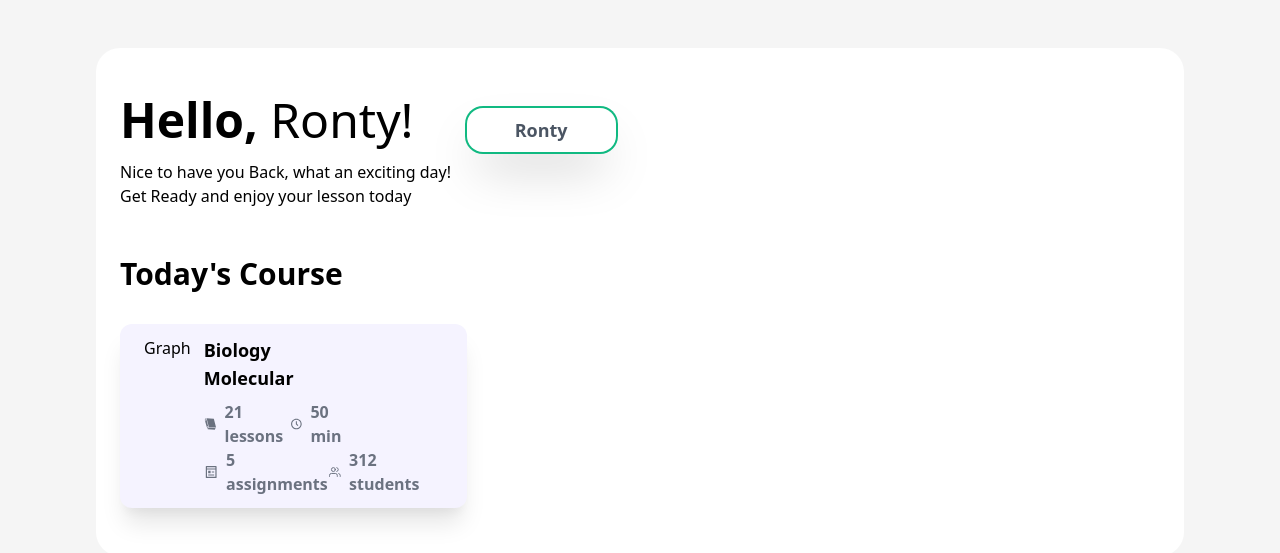
Repository: coolronts/Vite-Tailwind
Page: /
These files come from the project's save history. The page is drawn as it stood at one moment and after the next save; the edit follows.
The browser window is 1280 px wide. The pictures show the whole page.
The project was rebuilt for these pictures with package versions that can differ from the ones it lists, and the page was loaded fresh each time. Also part of the build but not shown: vite.config.js.

Above is the page before, as saved 2021-11-26 07:42:14.

### src/App.jsx
import './App.css'

import {Course, Intro} from './Section'
import { PrimaryButton, SecondaryButton } from './components/Button'

import {PrimaryCard} from './components/Card'
import SplitScreen from './components/SplitScreen'
import { useState } from 'react'

function App() {

  return (
    <div className="App bg-white my-12 mx-24 rounded-3xl px-6 py-12">
      <SplitScreen leftWeight = 'w-1/3'>
        <div id="left">
          <Intro/>
          <div id="course">
            <p className="text-3xl font-bold  font-sans mb-8">Today's Course</p>
            <PrimaryCard>
              <Course/>
            </PrimaryCard>
          </div>

        </div>

        <div id="right">
          <SecondaryButton name="Ronty"/>
        </div>


      </SplitScreen>
    </div>
  )
}

export default App

### src/Section/index.js
import Course from "./Course";
import Intro from "./Intro";

export { Intro, Course };

### src/components/Button/index.jsx
import React from 'react'

export const PrimaryButton = ({name}) =>{
  return (
    <button className="bg-green-500 px-12 py-2 ring-2 ring-green-500 text-white text-lg font-semibold shadow-2xl rounded-2xl mt-3">
      {name}
    </button>
  )
}

export const SecondaryButton = ({name}) =>{
  return (
    <button className="bg-white px-12 py-2 ring-2 ring-green-500 text-gray-600 text-lg font-semibold shadow-2xl rounded-2xl mt-3">
      {name}
    </button>
  )
}

### src/components/Card/index.jsx
import React from 'react'

export const PrimaryCard =({children})=> {
  return (
    <div className="bg-purple-50 py-3 px-6  rounded-xl shadow-xl">
      {children}
    </div>
  )
}

### src/components/SplitScreen/index.jsx
import PropTypes from 'prop-types'
import React from "react"
import tw from "tailwind-styled-components"

const Container = tw.div`${(props) => props.weight}`;

const Pane = tw.div`${(props) => props.weight}`;

const SplitScreen = ({
	children,
	containerWeight = 'flex w-full',
  leftWeight = 'w-1/2',
	rightWeight = 'w-1/2',
}) => {
	const [left, right] = children;
	return (
		<Container className={containerWeight}>
			<Pane className={leftWeight}>
				{left}
			</Pane>
			<Pane className={rightWeight}>
				{right}
			</Pane>
		</Container>
	);
}

export default SplitScreen

SplitScreen.propTypes = {
	children: PropTypes.arrayOf(PropTypes.node).isRequired,
	containerWeight: PropTypes.string,
	leftWeight: PropTypes.string,
	rightWeight: PropTypes.string,
}

### src/Section/Course/index.jsx
import {BiTimeFive} from 'react-icons/bi'
import {FiUsers} from 'react-icons/fi'
import { GiWhiteBook } from 'react-icons/gi'
import React from 'react'
import { RiPagesLine } from 'react-icons/ri'
import SplitScreen from '../../components/SplitScreen'

export default function Course() {
  return (
    <SplitScreen leftWeight = 'w-1/5'>
      <div id="left">
        Graph
      </div>
      <div id="right">
        <h4 className="font-bold text-lg mb-2">Biology Molecular</h4>
        <div className="flex flex-col">
          <div className="flex justify-between text-gray-500 font-semibold ">
            <p className="flex items-center"> <GiWhiteBook className="mr-2"/>  21 lessons</p>
            <p className="flex items-center"> <BiTimeFive className="mr-2"/>  50 min</p>
          </div>
          <div className="flex justify-between text-gray-500 font-semibold w-full">
            <p className="flex items-center"> <RiPagesLine className="mr-2"/>  5 assignments</p>
            <p className="flex items-center"> <FiUsers className="mr-2"/>  312 students</p>
          </div>
        </div>
      </div>
    </SplitScreen>
  )
}

### src/Section/Intro/index.jsx
import React from 'react'

export default function Intro({name}) {
  return (
    <div className="mb-12">
      <h3 className="text-5xl font-sans font-bold mb-4">Hello, <span className="font-light">Ronty!</span> </h3>
      <div className="font-semibold tracking-wide text-gray-500">

      </div>
      <h5>Nice to have you Back, what an exciting day!</h5>
      <h5>Get Ready and enjoy your lesson today</h5>
    </div>
  )
}

Loaded but not shown: index.html (common file); src/main.jsx (common file); src/index.css (common file); src/App.css (common file); tailwind.config.js (common file)

After the next save:
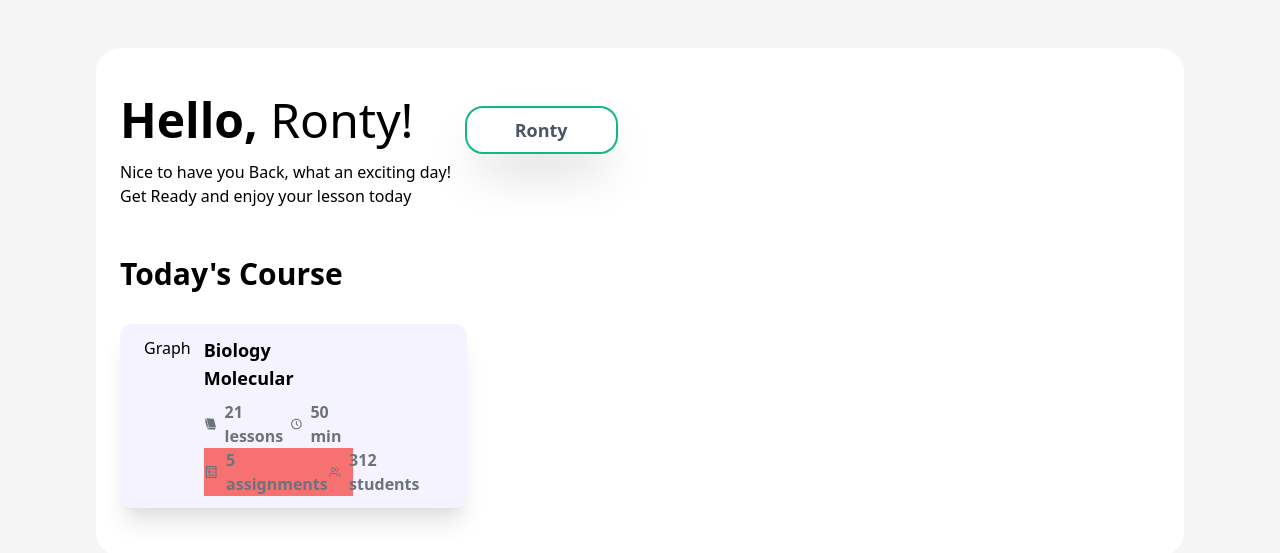
Saved 11 s later.
--- a/src/Section/Course/index.jsx
+++ b/src/Section/Course/index.jsx
@@ -18,7 +18,7 @@ export default function Course() {
             <p className="flex items-center"> <GiWhiteBook className="mr-2"/>  21 lessons</p>
             <p className="flex items-center"> <BiTimeFive className="mr-2"/>  50 min</p>
           </div>
-          <div className="flex justify-between text-gray-500 font-semibold w-full">
+          <div className="flex justify-between text-gray-500 font-semibold w-full bg-red-400">
             <p className="flex items-center"> <RiPagesLine className="mr-2"/>  5 assignments</p>
             <p className="flex items-center"> <FiUsers className="mr-2"/>  312 students</p>
           </div>
